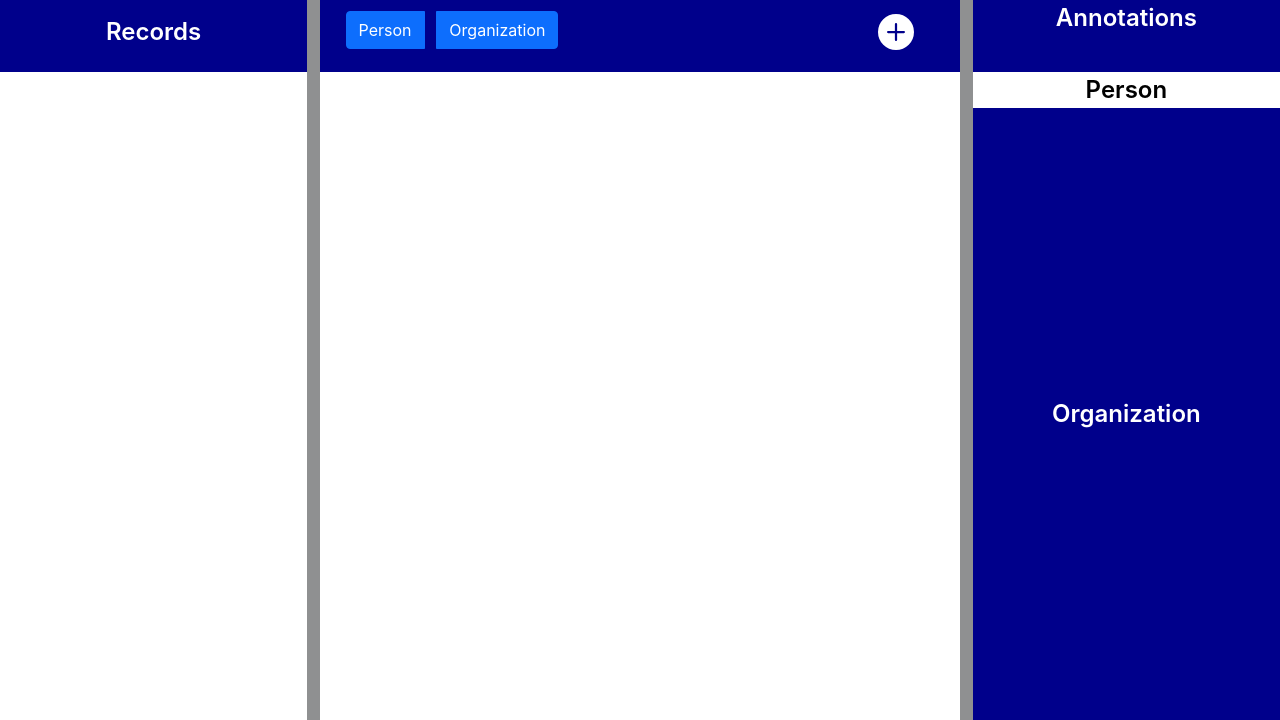
Repository: napan24/classforma_assignment
Page: / (app in client/)
An editor plug-in stored every save of this project. The page is shown before and after the next save, followed by the edit.
The browser window is 1280 px wide. The pictures show the whole page.
The project was rebuilt for these pictures with package versions that can differ from the ones it lists, and the page was loaded fresh each time. Also part of the build but not shown: client/src/App.css.

Above is the page before, as saved 2022-07-20 15:45:58.

### client/public/index.html
<!DOCTYPE html>
<html lang="en">
  <head>
    <meta charset="utf-8" />
    <link rel="icon" href="%PUBLIC_URL%/favicon.ico" />
    <meta name="viewport" content="width=device-width, initial-scale=1" />
    <meta name="theme-color" content="#000000" />
    <meta
      name="description"
      content="Web site created using create-react-app"
    />
    <link href="https://cdn.jsdelivr.net/npm/bootstrap@5.1.3/dist/css/bootstrap.min.css" rel="stylesheet" integrity="sha384-1BmE4kWBq78iYhFldvKuhfTAU6auU8tT94WrHftjDbrCEXSU1oBoqyl2QvZ6jIW3" crossorigin="anonymous">
    <link rel="apple-touch-icon" href="%PUBLIC_URL%/logo192.png" />
    <!--
      manifest.json provides metadata used when your web app is installed on a
      user's mobile device or desktop. See https://developers.google.com/web/fundamentals/web-app-manifest/
    -->
    <link rel="manifest" href="%PUBLIC_URL%/manifest.json" />
    <!--
      Notice the use of %PUBLIC_URL% in the tags above.
      It will be replaced with the URL of the `public` folder during the build.
      Only files inside the `public` folder can be referenced from the HTML.

      Unlike "/favicon.ico" or "favicon.ico", "%PUBLIC_URL%/favicon.ico" will
      work correctly both with client-side routing and a non-root public URL.
      Learn how to configure a non-root public URL by running `npm run build`.
    -->
    <title>React App</title>
  </head>
  <body>
    <noscript>You need to enable JavaScript to run this app.</noscript>
    <div id="root"></div>
    <!--
      This HTML file is a template.
      If you open it directly in the browser, you will see an empty page.

      You can add webfonts, meta tags, or analytics to this file.
      The build step will place the bundled scripts into the <body> tag.

      To begin the development, run `npm start` or `yarn start`.
      To create a production bundle, use `npm run build` or `yarn build`.
    -->
    <script src="https://cdn.jsdelivr.net/npm/bootstrap@5.1.3/dist/js/bootstrap.bundle.min.js" integrity="sha384-ka7Sk0Gln4gmtz2MlQnikT1wXgYsOg+OMhuP+IlRH9sENBO0LRn5q+8nbTov4+1p" crossorigin="anonymous"></script>
  </body>
</html>

### client/src/App.js
import logo from './logo.svg';
import './App.css';
import Home from './Home';

function App() {
  return (
    <>
      <Home></Home>
    </>
  );
}

export default App;

### client/src/Home.js
'strict origin'
import React, { useState, useEffect } from 'react'
const Home = () => {
    const [textField, setTextField] = useState();
    const [person, setPerson] = useState();
    const [place, setPlace] = useState();
    const [personName, setPersonName] = useState(['']);
    const [placeName, setPlaceName] = useState(['']);
    useEffect(() => {
        if (textField) {
            trending();
        }
    }, [textField])
    const trending = async () => {
        const res = await fetch("/", {
            method: 'POST',
            headers: {
                "Content-Type": "application/json"
            },
            body: JSON.stringify({ textField })
        });
        const result = await res.json();
        setPerson(result.filter((arr) => arr.type == 'Person'));
        setPlace(result.filter((arr) => arr.type == 'Place'));
    };
    useEffect(() => {
        if (person) {
            person.forEach(function (arrayItem) {
                setPersonName(curr => [...curr, arrayItem.entityId]);
            });
        }
    }, [person])
    useEffect(() => {
        setPlaceName(['']);
        if (place) {
            place.forEach(function (arrayItem) {
                setPlaceName(curr => [...curr, arrayItem.entityId]);
            });
        }
    }, [place])
    const showFile = async (e) => {
        e.preventDefault()
        const reader = new FileReader()
        reader.onload = async (e) => {
            const text = (e.target.result)
            setTextField(text);
        };
        reader.readAsText(e.target.files[0])
    }
    return (
        <>
            <div style={{ display: 'flex', width: "100vw", height: "100vh", backgroundColor: "#8f9091",overflow:"hidden" }}>
                <div style={{ width: "24vw", height: "100vh", backgroundColor: "white", marginRight: "1vw" }}>
                    <div style={{ width: "24vw", height: "10vh", backgroundColor: "#00008b", textAlign: 'center', fontSize: '150%', color: "white", fontWeight: "600", position: "fixed" }}>
                        <p style={{ marginTop: "2vh" }}>
                            Records
                        </p>
                    </div>
                    <div>

                    </div>
                </div>
                <div style={{ width: "50vw", height: "100vh", backgroundColor: "white", marginRight: "1vw", overflowY: "unset" }}>
                    <div style={{ width: "50vw", height: "10vh", backgroundColor: "#00008b", position: 'relative', overflowY: 'hidden' }}>
                        <div class="btn-group" style={{ marginTop: "1.5vh", marginLeft: "2vw" }}>
                            <button type="button" class="btn btn-primary" style={{ marginRight: "1vw" }}>Person</button>
                            <button type="button" class="btn btn-primary">Organization</button>
                        </div>
                        <label for="file">
                            <svg style={{ width: "20%", height: "50%", position: "absolute", right: "0", top: "2vh", color: "white" }} xmlns="http://www.w3.org/2000/svg" fill="currentColor" class="bi bi-plus-circle-fill" viewBox="0 0 16 16">
                                <path d="M16 8A8 8 0 1 1 0 8a8 8 0 0 1 16 0zM8.5 4.5a.5.5 0 0 0-1 0v3h-3a.5.5 0 0 0 0 1h3v3a.5.5 0 0 0 1 0v-3h3a.5.5 0 0 0 0-1h-3v-3z" />
                            </svg>
                        </label>
                        <input type="file" id="file" onChange={(e) => showFile(e)} style={{ display: "none" }} />
                    </div>
                    <div style={{ width: "48vw", height: "85vh", marginLeft: "2vw", marginTop: "5vh", overflowY: "scroll" }}>
                        {textField}
                    </div>
                </div>
                <div style={{ width: "24vw", height: "100vh", backgroundColor: "white" }}>
                    <div style={{ width: "24vw", height: "10vh", backgroundColor: "#00008b", textAlign: 'center', fontSize: '150%', color: "white", fontWeight: "600" }}>
                        <p>
                            Annotations
                        </p>
                    </div>
                    <div style={{ width: "24vw", height: "5vh", backgroundColor: "white", textAlign: 'center', fontSize: '150%', color: "black", fontWeight: "600" }}>
                        <p>
                            Person
                        </p>
                    </div>
                    <div style={{maxWidth: "24vw", height: "40vh", backgroundColor: "#00008b", textAlign: 'center', fontSize: '150%', color: "white", fontWeight: "600", zIndex: "2", overflowY: "scroll", overflowX: "hidden" }}>
                        {personName && personName.map((user) => (
                            user.length > 0 && <div style={{ width: "24vw", backgroundColor: "black", color: "white", height: "3vh", fontSize: "2vh", position: 'relative', borderBottom: '1px solid white' }}>
                                {user}
                                <svg xmlns="http://www.w3.org/2000/svg" style={{ width: "3.5vw", height: "3.5vh", position: 'absolute', right: "0" }} fill="currentColor" class="bi bi-x" viewBox="0 0 16 16">
                                    <path d="M4.646 4.646a.5.5 0 0 1 .708 0L8 7.293l2.646-2.647a.5.5 0 0 1 .708.708L8.707 8l2.647 2.646a.5.5 0 0 1-.708.708L8 8.707l-2.646 2.647a.5.5 0 0 1-.708-.708L7.293 8 4.646 5.354a.5.5 0 0 1 0-.708z" />
                                </svg>
                            </div>
                        ))}
                    </div>
                    <div style={{ width: "24vw", height: "5vh", backgroundColor: "#00008b", textAlign: 'center', fontSize: '150%', color: "white", fontWeight: "600" }}>
                        <p>
                            Organization
                        </p>
                    </div>
                    <div style={{ width: "24vw", height: "40vh", backgroundColor: "#00008b", textAlign: 'center', fontSize: '150%', color: "white", fontWeight: "600", overflowY: "scroll" }}>
                        {placeName && placeName.map((user) => (
                            user.length > 0 && <div style={{ width: "24vw", backgroundColor: "black", color: "white", height: "3vh", fontSize: "2vh", borderBottom: '1px solid white', overflowX: "hidden" }}>
                                {user}
                                <svg xmlns="http://www.w3.org/2000/svg" style={{ width: "3.5vw", height: "3.5vh", position: 'absolute', right: "0" }} fill="currentColor" class="bi bi-x" viewBox="0 0 16 16">
                                    <path d="M4.646 4.646a.5.5 0 0 1 .708 0L8 7.293l2.646-2.647a.5.5 0 0 1 .708.708L8.707 8l2.647 2.646a.5.5 0 0 1-.708.708L8 8.707l-2.646 2.647a.5.5 0 0 1-.708-.708L7.293 8 4.646 5.354a.5.5 0 0 1 0-.708z" />
                                </svg>
                            </div>
                        ))}
                    </div>
                </div>
            </div>
        </>
    )
}

export default Home

Loaded but not shown: client/src/index.js (common file); client/src/index.css (common file); client/src/reportWebVitals.js (common file)

After the next save:
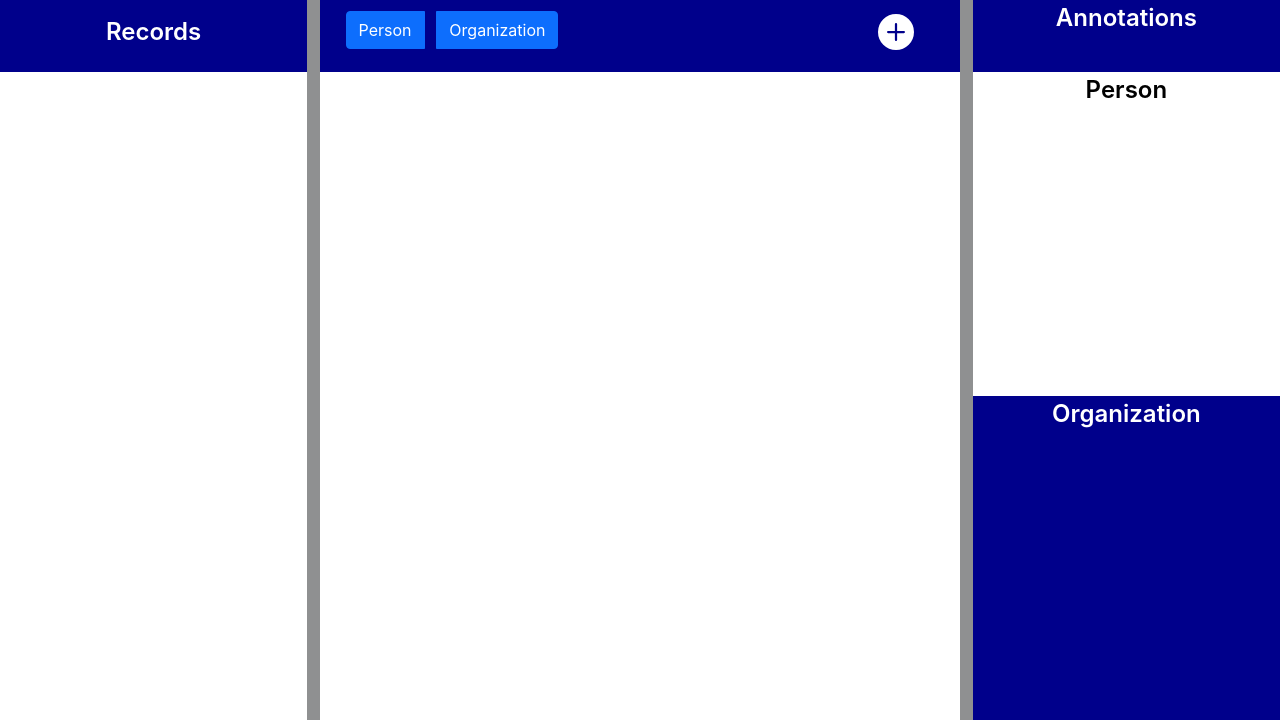
Saved 22 s later.
--- a/client/src/Home.js
+++ b/client/src/Home.js
@@ -88,7 +88,7 @@ const Home = () => {
                             Person
                         </p>
                     </div>
-                    <div style={{maxWidth: "24vw", height: "40vh", backgroundColor: "#00008b", textAlign: 'center', fontSize: '150%', color: "white", fontWeight: "600", zIndex: "2", overflowY: "scroll", overflowX: "hidden" }}>
+                    <div style={{maxWidth: "24vw", height: "40vh", backgroundColor: "white", textAlign: 'center', fontSize: '150%', color: "black", fontWeight: "600", zIndex: "2", overflowY: "scroll", overflowX: "hidden" }}>
                         {personName && personName.map((user) => (
                             user.length > 0 && <div style={{ width: "24vw", backgroundColor: "black", color: "white", height: "3vh", fontSize: "2vh", position: 'relative', borderBottom: '1px solid white' }}>
                                 {user}
